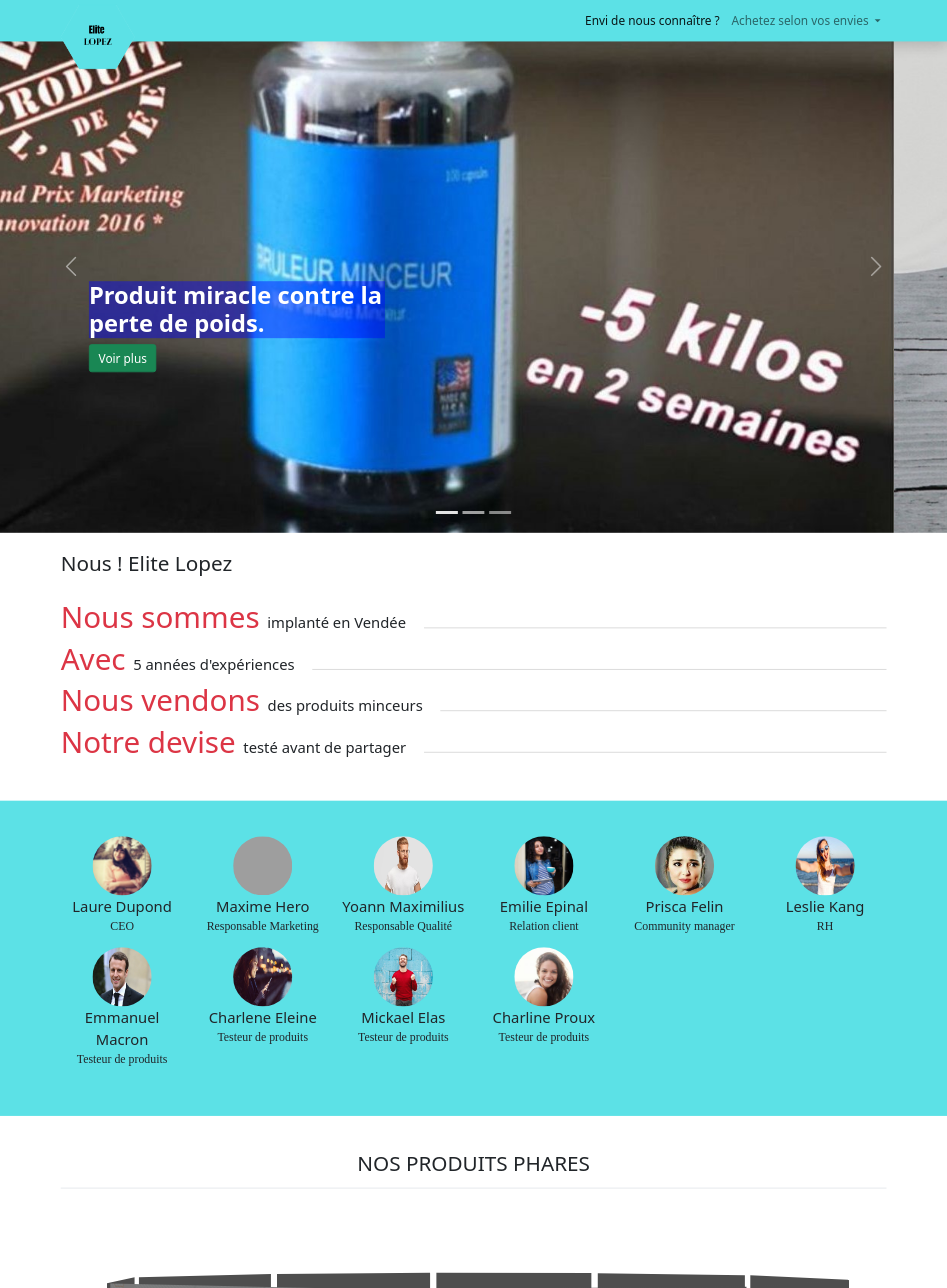
Repository: ypiard85/elitlopez
Page: index.html
These files come from the project's save history. The page is drawn as it stood at one moment and after the next save; the edit follows.
The browser window is 1280 px wide. The pictures show the part of the page from y = 0 to 1740 px (the page is 4615 px tall), at 74% of full size.
Pictures or frames that could not be fetched are drawn as grey boxes.

Above is the page before, as saved 2021-04-13 12:34:21.

### index.html
<!DOCTYPE html>
<html lang="en">
<head>
    <meta charset="UTF-8">
    <meta http-equiv="X-UA-Compatible" content="IE=edge">
    <meta name="viewport" content="width=device-width, initial-scale=1.0">
    <link rel="stylesheet" href="https://use.fontawesome.com/releases/v5.15.3/css/all.css" integrity="sha384-SZXxX4whJ79/gErwcOYf+zWLeJdY/qpuqC4cAa9rOGUstPomtqpuNWT9wdPEn2fk" crossorigin="anonymous">
    <link rel="stylesheet" href="asset/css/style.css">
    <link rel="stylesheet" href="asset/css/carousel.css">
    <script src="https://code.jquery.com/jquery-3.6.0.js" integrity="sha256-H+K7U5CnXl1h5ywQfKtSj8PCmoN9aaq30gDh27Xc0jk=" crossorigin="anonymous"></script>
    <!-- CSS only -->
<link href="https://cdn.jsdelivr.net/npm/bootstrap@5.0.0-beta3/dist/css/bootstrap.min.css" rel="stylesheet" integrity="sha384-eOJMYsd53ii+scO/bJGFsiCZc+5NDVN2yr8+0RDqr0Ql0h+rP48ckxlpbzKgwra6" crossorigin="anonymous">
    <title>Document</title>
</head>
<body>


    <nav class="navbar navbar-expand-lg navbar-light position-fixed w-100 shadow">
        <div class="container">
          <a class="navbar-brand" href="index.html">
              <img src="./asset/images/elitelopez.png" alt="">
          </a>
          <p class="navbar-toggler" type="button" data-bs-toggle="collapse" data-bs-target="#navbarNavDropdown" aria-controls="navbarNavDropdown" aria-expanded="false" aria-label="Toggle navigation">
            <span class="navbar-toggler-icon"></span>
          </p>
          <div class="collapse navbar-collapse" id="navbarNavDropdown">
            <ul class="navbar-nav">
              <li class="nav-item">
                <a class="nav-link active" aria-current="page" href="index.html">Envi de nous connaître ?</a>
              </li>
              <li class="nav-item dropdown">
                <a class="nav-link dropdown-toggle" href="#" id="navbarDropdownMenuLink" role="button" data-bs-toggle="dropdown" aria-expanded="false">
                    Achetez selon vos envies
                </a>
                <ul class="dropdown-menu" aria-labelledby="navbarDropdownMenuLink">
                  <li><a class="dropdown-item" href="nutrifii.html">Nutrifii</a></li>
                </ul>
              </li>
            </ul>
          </div>
        </div>
      </nav>



      <div id="carouselExampleIndicators" class="carousel slide" data-bs-ride="carousel">
        <div class="carousel-indicators">
          <button type="button" data-bs-target="#carouselExampleIndicators" data-bs-slide-to="0" class="active" aria-current="true" aria-label="Slide 1"></button>
          <button type="button" data-bs-target="#carouselExampleIndicators" data-bs-slide-to="1" aria-label="Slide 2"></button>
          <button type="button" data-bs-target="#carouselExampleIndicators" data-bs-slide-to="2" aria-label="Slide 3"></button>
        </div>
        <div class="carousel-inner">
          <div class="carousel-item active">
            <img src="./asset/images/3e2c87f607513b0adb15fb397ea247c5-1519918932.jpg" class="d-block w-100" alt="...">
            <div class="carousel-caption d-md-block">
                <h2>Produit miracle contre la perte de poids.</h2>
                <a href="#" class="btn btn-success ">Voir plus</a>
              </div>
        </div>
          <div class="carousel-item">
            <img src="./asset/images/anaca3_test_minceur_blog.jpg" class="d-block w-100" alt="...">
            <div class="carousel-caption d-md-block">
                <h2>Découvrez nos produit Anaga 3</h2>
                <a href="#" class="btn btn-primary">Voir plus</a>
              </div>
        </div>
          <div class="carousel-item">
            <img src="./asset/images/61HFRG-hiiL._AC_SX522_.jpg" class="d-block w-100" alt="...">
            <div class="carousel-caption d-md-block">
                <h2>NOUVEAU Produit minceur révolutionnaire</h2>
                <a href="#" class="btn btn-info">Voir plus</a>
              </div>
        </div>
        </div>
        <button class="carousel-control-prev" type="button" data-bs-target="#carouselExampleIndicators" data-bs-slide="prev">
          <span class="carousel-control-prev-icon" aria-hidden="true"></span>
          <span class="visually-hidden">Previous</span>
        </button>
        <button class="carousel-control-next" type="button" data-bs-target="#carouselExampleIndicators" data-bs-slide="next">
          <span class="carousel-control-next-icon" aria-hidden="true"></span>
          <span class="visually-hidden">Next</span>
        </button>
      </div>

      <div class="container">
          <section class="about">
              <h3 class="py-4">Nous ! Elite Lopez</h3>
            <div class="d-flex about_option">
                  <h1 class="text-danger pe-4">Nous sommes <span class="text-dark fs-5">implanté en Vendée</span></h1>
                  <div></div>
            </div>
            <div class="d-flex about_option">
                  <h1 class="text-danger pe-4">Avec <span class="text-dark fs-5">5 années d'expériences</span></h1>
                  <div></div>
            </div>
            <div class="d-flex about_option">
                  <h1 class="text-danger pe-4">Nous vendons <span class="text-dark fs-5">des produits minceurs</span></h1>
                  <div></div>
            </div>
            <div class="d-flex about_option">
                  <h1 class="text-danger pe-4">Notre devise  <span class="text-dark fs-5">testé avant de partager</span></h1>
                  <div></div>
            </div>
        </section>
    </div>

    <section class="employes_section container-fluid py-5 mt-5">
        <div class="container">
            <div class="row col-section">
                <div class="col-md-2 col-6">
                    <div class="employes">
                        <img src="./asset/images/f4813b77d573f89f265348264cd491d7.jpg" alt="">
                        <p class="fs-5 mb-0">Laure Dupond</p>
                        <p class="fonction">CEO</p>
                    </div>
                </div>
                <div class="col-md-2 col-6">
                    <div class="employes">
                        <img src="./asset/images/profile1.jpg" alt="">
                        <p class="fs-5 mb-0">Maxime Hero</p>
                        <p class="fonction">Responsable Marketing</p>
                    </div>
                </div>
                <div class="col-md-2 col-6">
                    <div class="employes">
                        <img src="./asset/images/profil2.jpg" alt="">
                        <p class="fs-5 mb-0">Yoann Maximilius</p>
                        <p class="fonction">Responsable Qualité</p>
                    </div>
                </div>
                <div class="col-md-2 col-6">
                    <div class="employes">
                        <img src="./asset/images/photo-profil.jpg" alt="">
                        <p class="fs-5 mb-0">Emilie Epinal</p>
                        <p class="fonction">Relation client</p>
                    </div>
                </div>
                <div class="col-md-2 col-6">
                    <div class="employes">
                        <img src="./asset/images/profil3.jpg" alt="">
                        <p class="fs-5 mb-0">Prisca Felin</p>
                        <p class="fonction">Community manager</p>
                    </div>
                </div>
                <div class="col-md-2 col-6">
                    <div class="employes">
                        <img src="./asset/images/profil4.jpg" alt="">
                        <p class="fs-5 mb-0">Leslie Kang</p>
                        <p class="fonction">RH</p>
                    </div>
                </div>
                <div class="col-md-2 col-6">
                    <div class="employes">
                        <img src="./asset/images/emmanuel-macron.jpeg" alt="">
                        <p class="fs-5 mb-0">Emmanuel Macron</p>
                        <p class="fonction">Testeur de produits</p>
                    </div>
                </div>
                <div class="col-md-2 col-6">
                    <div class="employes">
                        <img src="./asset/images/profil5.jpg" alt="">
                        <p class="fs-5 mb-0">Charlene Eleine</p>
                        <p class="fonction">Testeur de produits</p>
                    </div>
                </div>
                <div class="col-md-2 col-6">
                    <div class="employes">
                        <img src="./asset/images/profil6.jpg" alt="">
                        <p class="fs-5 mb-0">Mickael Elas</p>
                        <p class="fonction">Testeur de produits</p>
                    </div>
                </div>
                <div class="col-md-2 col-6">
                    <div class="employes">
                        <img src="./asset/images/profil7.jpg" alt="">
                        <p class="fs-5 mb-0">Charline Proux</p>
                        <p class="fonction">Testeur de produits</p>
                    </div>
                </div>
            </div>
        </div>
    </section>


    <section class="container">
        <h3 class="border-bottom text-center pt-5 pb-3">NOS PRODUITS PHARES</h3>

        <div class="container-carousel">
            <div class="carousel-two">
                <div class="carousel__face"><span><img src="" alt=""></span></div>
                <div class="carousel__face"><span>Very special</span></div>
                <div class="carousel__face"><span>Special is the key</span></div>
                <div class="carousel__face"><span>For you</span></div>
                <div class="carousel__face"><span>Just give it</span></div>
                <div class="carousel__face"><span>A try</span></div>
                <div class="carousel__face"><span>And see</span></div>
                <div class="carousel__face"><span>How IT Works</span></div>
                <div class="carousel__face"><span>Woow</span></div>
            </div>
        </div>

    </section>

    <section class="actu">
        <div class="container">
            <h3 class="border-bottom text-center pt-5 pb-3">NOS DERNIERS ACTUALITES</h3>

            <div class="row mt-5">
                <div class="col-md-4">
                    <div class="card">
                        <ul class="list-group list-group-flush">
                            <li class="list-group-item title text-center fw-bold fs-3">Partenariat commerciale</li>
                            <li class="list-group-item py-5">Aujourd'hui lors de notre invitation à l'évènement
                                Blue - beauty, nous avons signer un nouveau partenariat avec l'entreprise JS-Main, pour promouvoir leurs produits </li>
                            <li class="list-group-item date text-center fw-bold">10 Avril 2021</li>
                        </ul>
                    </div>
                </div>
                <div class="col-md-4">
                    <div class="card">
                        <ul class="list-group list-group-flush">
                            <li class="list-group-item title text-center fw-bold fs-3">Recrutement<li>
                            <li class="list-group-item py-5">
                                Nous organisons un job dating le 11 mai 2021
                                afin de renforcer notre équipe.
                                <br><br>
                                Lieux : Salle des fêtes de la roche sur yon
                            </li>
                            <li class="list-group-item date text-center fw-bold">7 Avril 2021</li>
                        </ul>
                    </div>
                </div>
                <div class="col-md-4">
                    <div class="card">
                        <ul class="list-group list-group-flush">
                            <li class="list-group-item title text-center fw-bold fs-3">COVID 19</li>
                            <li class="list-group-item py-5">
                                Pendant cette période difficile,
                                sachez, cher clients, que nous restons mobilisé à vos côtés
                            </li>
                            <li class="list-group-item date text-center fw-bold">24 Janvier 2020</li>
                        </ul>
                    </div>
                </div>
            </div>

        </div>

    </section>


    <section class="insta">
        <div class="container">
            <h3 class="border-bottom text-center pt-5 pb-3">INSTAGRAM</h3>
            <div class="row mt-5">
                <div class="col-md-6 mb-4">
                    <a href="https://www.instagram.com/yoann_piard/?hl=fr">
                        <img class="shadow" src="./asset/images/insta.jpg" alt="">
                    </a>
                </div>
                <div class="col-md-6 mb-4">
                    <a href="https://www.instagram.com/yoann_piard/?hl=fr"></a>
                        <img class="shadow"  src="./asset/images/insta2.jpg" alt="">
                    </a>
                </div>
                <div class="col-md-12 mb-4 text-center">
                    <a href="https://www.instagram.com/yoann_piard/?hl=fr">
                        <img class="shadow"  src="./asset/images/insta3.jpg" alt="">
                    </a>

                </div>
            </div>
        </div>
    </section>

    <section class="contact">
        <div class="container">
            <div class="row mt-5">
                <div class="col-md-6 mb-4">
                    <h3 class="border-bottom text-center mb-5">CONTACT</h3>
                    <form action="">
                        <div class="mb-3">
                            <input type="text" class="form-control" id="exampleFormControlInput1" placeholder="Nom - Prenom">
                          </div>
                        <div class="mb-3">
                            <input type="email" class="form-control" id="exampleFormControlInput1" placeholder="votre@email.fr">
                          </div>
                        <div class="mb-3">
                            <input type="tel" class="form-control" id="exampleFormControlInput1" placeholder="tel : 0210411020">
                          </div>
                          <div class="mb-3">
                            <textarea class="form-control" id="exampleFormControlTextarea1" placeholder="Votre message" rows="5"></textarea>
                          </div>
                          <div class="mb-3">
                              <button type="submit" class="btn btn-success">Envoyer</button>
                          </div>
                    </form>
                </div>
                <div class="col-md-6">
                    <ul class="mb-3">
                        <li class="mb-3"><i class="fas fa-map-marker-alt"></i> 4, rue de l'empereur 85000, La Roche Sur Yon </li>
                        <li class="mb-3"><i class="fas fa-phone-alt"></i> <a href="tel: 0251412150">0251412150</a></li>
                        <li><i class="fas fa-envelope-open"></i><a href="mailto: notre@email.fr">notre@email.fr</a></li>
                    </ul>
                    <iframe src="https://www.google.com/maps/embed?pb=!1m18!1m12!1m3!1d87616.5487160848!2d-1.486221799516516!3d46.665922581543136!2m3!1f0!2f0!3f0!3m2!1i1024!2i768!4f13.1!3m3!1m2!1s0x48042f866dcec62b%3A0x40d37521e09b270!2s85000%20La%20Roche-sur-Yon!5e0!3m2!1sfr!2sfr!4v1618301670710!5m2!1sfr!2sfr"  style="border:0;" allowfullscreen="" loading="lazy"></iframe>
                </div>
            </div>
        </div>
    </section>

    <footer class="container-fluid mt-5">
        <img class="mb-3" src="./asset/images/elitelopez.png" alt="">
        <div class="mentions">
            <a href="">copyright </a>
            <span>-</span>
            <a href="">mentions légales</a>
            <span>-</span>
            <a href="">politique de confidentialités</a>

        </div>
</footer>

<!-- JavaScript Bundle with Popper -->
<script src="https://cdnjs.cloudflare.com/ajax/libs/materialize/1.0.0/js/materialize.min.js"></script>

<script src="https://cdn.jsdelivr.net/npm/bootstrap@5.0.0-beta3/dist/js/bootstrap.bundle.min.js" integrity="sha384-JEW9xMcG8R+pH31jmWH6WWP0WintQrMb4s7ZOdauHnUtxwoG2vI5DkLtS3qm9Ekf" crossorigin="anonymous"></script>
<script src="./asset/js/app.js"></script>
</body>
</html>

### asset/css/style.css
:root{
    --bg-blue-light: #5CE1E6;
}



/***
NAV BAR
***/

*{
    list-style: none;
}

a{
    text-decoration: none!important;
}

nav{
    background-color: var(--bg-blue-light)!important;
    z-index: 1000;
}

.navbar-toggler{
    border: none!important;
}

.dropdown-menu {
    border:none!important;
    background-color: white!important;
}

nav img{
    width: 100px;
    position: absolute;
    top: 0;
}

.navbar-collapse{
    flex-grow: 0!important;
}


/*CAROUSEL*/


.carousel-caption{
    padding-bottom: 0!important;
    top: 50%;
}

.carousel-caption h2{
    color: white;
    background: rgba(0, 0, 255, 0.425);
    font-weight: bold;
    text-align: left;
    max-width: 400px;
}

.carousel-caption a{
    float: left;
}


.carousel-two .carousel-inner .carousel-item img{
    width: 180px;
    height: 180px;
    margin: auto;
}

.carousel-two{
    height: 300px!important;
    width: 500px;
    margin: auto;
    max-width: 100%;
}

.carousel-two .carousel-control-next-icon{
    background-color: var(--bg-blue-light);
    border-radius: 50%;
    box-shadow: 0 0 5px black;
}

.carousel-two .carousel-control-prev-icon{
    background-color: var(--bg-blue-light);
    box-shadow: 0 0 5px black;
    border-radius: 50%;
}

.carousel-two .carousel-indicators  button{
    background-color: blue!important;
    height: 4px!important;
}

.carousel-two span{
    color: black!important;
}

/*ABOUt*/

.about_option{
    align-items: baseline;
}

.about_option div{
    height: 1px;
    background-color: rgba(128, 128, 128, 0.377);
    flex: 1;
}

.about_option span{
    width: 300px;
    max-width: 100%;
}

.employes img{
    width: 80px;
    height: 80px;
    border-radius: 50%;
}

.col-section > div{
    align-self: flex-start;
}

.employes_section, .actu{
    background-color: var(--bg-blue-light);
}


.employes{
    text-align: center;
}

.employes .fonction{
    font-family: 'Mv Boli';
}


/*ACTU*/

.card .title{
    background-image: url('../images/rectangle.png');
    background-repeat: no-repeat;
    background-size: cover;
    background-position: bottom;
    height: 150px;
    color: white;
}

.card .date{
    background-image: url('../images/rectangle.png');
    background-repeat: no-repeat;
    background-size: cover;
    background-position: top;
    height: 50px;
    color: white;
}

.actu .card{
    margin-bottom: 20px;
}

.actu .list-group-item{
    border: none;
}

/*insta*/

.insta img{
    max-width: 100%;
}

.contact iframe{
    width: 100%;
   min-height: 250px;
}

.contact ul{
    padding: 0;
}

.contact i{
    font-size: 1.5em;
    color: blue;
    margin-right: 10px;
}

.contact a{
    text-decoration: none;
    color: black;
}

footer img{
    width: 70px;
}

footer{
    display: flex;
    flex-direction: column;
    justify-content: center;
    align-items: center;
    padding: 50px 0;
    background-color: blue;
    color: white;
}

footer a {
    color: white;
}



/*
product
*/

.products img{
    width: 300px;
    max-width: 100%;
    justify-self: center;
}

.desc{
    width: 500px;
    max-width: 100%;
}

@media screen and (max-width: 991px){
    .navbar-nav{
        padding-top: 40px!important;
    }
}

@media screen and (max-width: 410px){
    .about_option h1{
        display: flex;
        flex-direction: column;
    }

    .about_option span{
        text-align: center;
    }

    .about_option div{
        display: none;
    }
}

@media screen and (min-width: 768px){
    .insta{
        margin-top: 150px;
    }

    .actu{
        height: 60vh;
    }


}

@media screen and (max-width: 768px){
    .actu{
        height: 100%;
    }
}

### asset/css/carousel.css
.container-carousel{
    position: relative;
    width: 320px;
    margin: 100px auto 550px auto;
    perspective: 1000px;
}


  .carousel-two {
    position: absolute;
    width: 100%;
    height: 100%;
    transform-style: preserve-3d;
    animation: rotate360 60s infinite forwards linear;
  }
  .carousel__face {
    position: absolute;
    width: 300px;
    height: 187px;
    top: 20px;
    left: 10px;
    right: 10px;
    background-size: cover;
    box-shadow:inset 0 0 0 2000px rgba(0,0,0,0.5);
    display: flex;
  }

 .carousel__face span {
    margin: auto;
    font-size: 2rem;
  }


  .carousel__face:nth-child(1) {
    background-image: url("../produits/omegaq.jpg");
    transform: rotateY(  0deg) translateZ(430px); }
  .carousel__face:nth-child(2) {
    background-image: url("https://images.pexels.com/photos/1258865/pexels-photo-1258865.jpeg?auto=compress&cs=tinysrgb&dpr=2&h=750&w=1260");
      transform: rotateY( 40deg) translateZ(430px); }
  .carousel__face:nth-child(3) {
    background-image: url("https://images.pexels.com/photos/808466/pexels-photo-808466.jpeg?auto=compress&cs=tinysrgb&dpr=2&h=750&w=1260");
    transform: rotateY( 80deg) translateZ(430px); }
  .carousel__face:nth-child(4) {
    background-image: url("https://images.pexels.com/photos/1394841/pexels-photo-1394841.jpeg?auto=compress&cs=tinysrgb&dpr=2&h=750&w=1260");
    transform: rotateY(120deg) translateZ(430px); }
  .carousel__face:nth-child(5) {
    background-image: url("https://images.pexels.com/photos/969679/pexels-photo-969679.jpeg?auto=compress&cs=tinysrgb&dpr=2&h=750&w=1260");
   transform: rotateY(160deg) translateZ(430px); }
  .carousel__face:nth-child(6) {
    background-image: url("https://images.pexels.com/photos/1834400/pexels-photo-1834400.jpeg?auto=compress&cs=tinysrgb&dpr=2&h=750&w=1260");
   transform: rotateY(200deg) translateZ(430px); }
  .carousel__face:nth-child(7) {
    background-image: url("https://images.pexels.com/photos/1415268/pexels-photo-1415268.jpeg?auto=compress&cs=tinysrgb&dpr=2&h=750&w=1260");
   transform: rotateY(240deg) translateZ(430px); }
  .carousel__face:nth-child(8) {
    background-image: url("https://images.pexels.com/photos/135018/pexels-photo-135018.jpeg?auto=compress&cs=tinysrgb&dpr=2&h=750&w=1260");
    transform: rotateY(280deg) translateZ(430px); }
  .carousel__face:nth-child(9) {
    background-image: url("https://images.pexels.com/photos/1175135/pexels-photo-1175135.jpeg?auto=compress&cs=tinysrgb&dpr=2&h=750&w=1260");
    transform: rotateY(320deg) translateZ(430px); }



  @keyframes rotate360 {
    from {
      transform: rotateY(0deg);
    }
    to {
      transform: rotateY(-360deg);
    }
  }

### asset/js/app.js
$("input[type=radio]").on('change', function() {
    $('body').toggleClass('blue');
  });

After the next save:
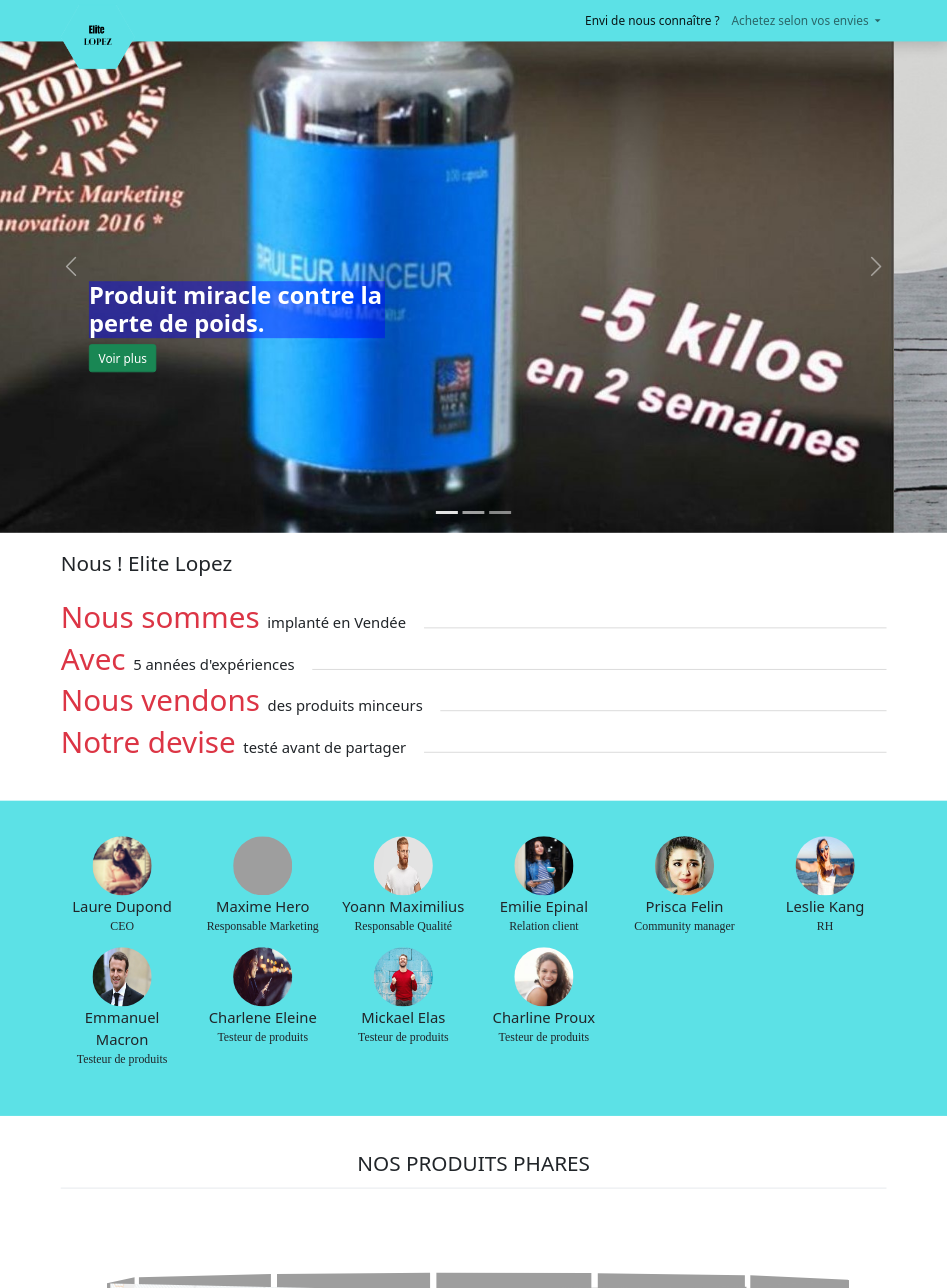
Saved 14 s later.
--- a/asset/css/carousel.css
+++ b/asset/css/carousel.css
@@ -21,7 +21,7 @@
     left: 10px;
     right: 10px;
     background-size: cover;
-    box-shadow:inset 0 0 0 2000px rgba(0,0,0,0.5);
+
     display: flex;
   }
 
